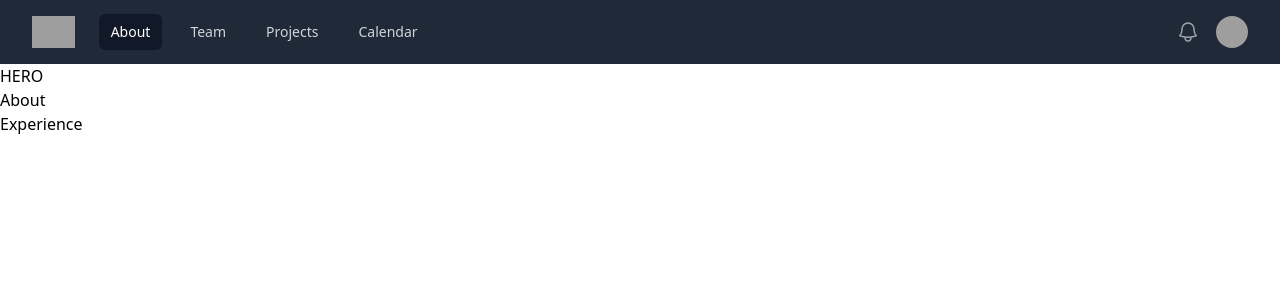
Repository: supakorn5039-boon/React-f
Page: /
An editor plug-in stored every save of this project. The page is shown before and after the next save, followed by the edit.
The browser window is 1280 px wide. The pictures show the whole page.
Pictures or frames that could not be fetched are drawn as grey boxes. The project was rebuilt for these pictures with package versions that can differ from the ones it lists, and the page was loaded fresh each time. Also part of the build but not shown: vite.config.js.

Above is the page before, as saved 2024-01-09 10:45:31.

After the next save:
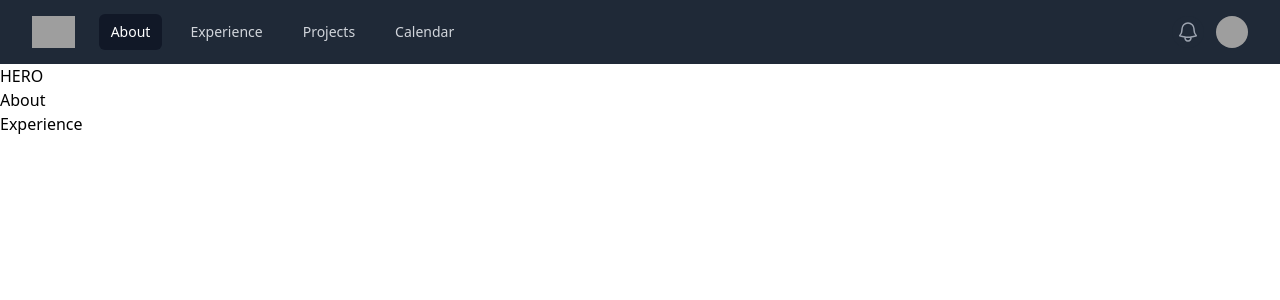
Saved 4 s later.
--- a/src/components/navbar.jsx
+++ b/src/components/navbar.jsx
@@ -4,7 +4,7 @@ import { Bars3Icon, BellIcon, XMarkIcon } from "@heroicons/react/24/outline";
 
 const navigation = [
   { name: "About", href: "#", current: true },
-  { name: "Team", href: "#", current: false },
+  { name: "Experience", href: "#", current: false },
   { name: "Projects", href: "#", current: false },
   { name: "Calendar", href: "#", current: false },
 ];
